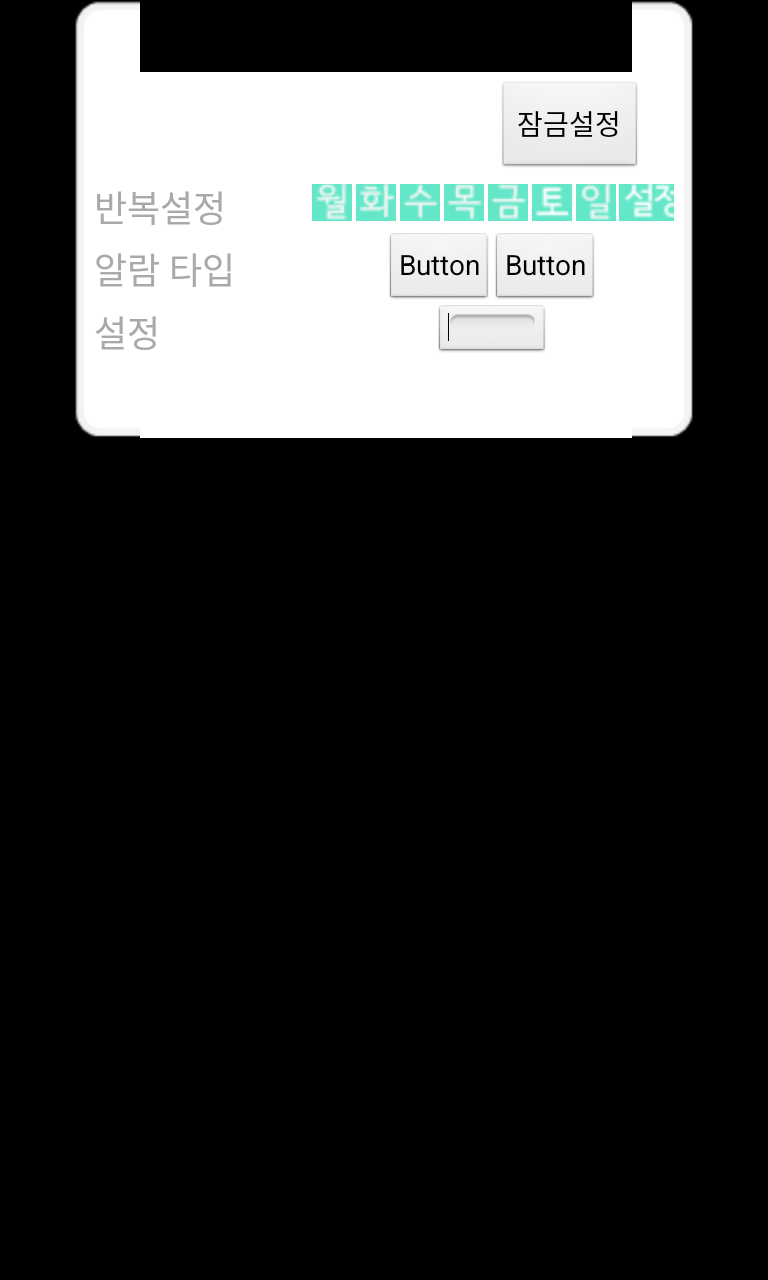
Repository: blacky512/smart_morning_call
Layout: client/SmartMorningCall/res/layout/randomcall_frag.xml
An editor plug-in stored every save of this project. The layout is shown before and after the next save, followed by the edit.
It is drawn on a 768 x 1280 px phone screen (xhdpi) without system bars, with theme android:Theme.NoTitleBar; the app's code is not run.

Above is the layout before, as saved 2013-02-24 09:22:26.

### client/SmartMorningCall/res/layout/randomcall_frag.xml
<RelativeLayout xmlns:android="http://schemas.android.com/apk/res/android"
    xmlns:tools="http://schemas.android.com/tools"
    android:layout_width="match_parent"
    android:layout_height="match_parent"
    tools:context=".RandomCallActivity" >

    <RelativeLayout
        android:id="@+id/RelativeLayout1"
        android:layout_width="wrap_content"
        android:layout_height="wrap_content"
        android:layout_weight="1" >

        <ImageView
            android:id="@+id/iv3"
            android:layout_width="40dp"
            android:layout_height="wrap_content"
            android:layout_centerVertical="true"
            android:layout_toRightOf="@+id/iv2"
            android:src="@drawable/tt" />

        <ImageView
            android:id="@+id/iv2"
            android:layout_width="40dp"
            android:layout_height="wrap_content"
            android:layout_centerVertical="true"
            android:layout_toRightOf="@+id/iv1"
            android:src="@drawable/num_" />

        <ImageView
            android:id="@+id/iv1"
            android:layout_width="40dp"
            android:layout_height="wrap_content"
            android:layout_alignParentLeft="true"
            android:layout_centerVertical="true"
            android:src="@drawable/num_" />

        <ImageView
            android:id="@+id/iv4"
            android:layout_width="40dp"
            android:layout_height="wrap_content"
            android:layout_centerVertical="true"
            android:layout_toRightOf="@+id/iv3"
            android:src="@drawable/num_" />

        <ImageView
            android:id="@+id/iv5"
            android:layout_width="40dp"
            android:layout_height="wrap_content"
            android:layout_centerVertical="true"
            android:layout_toRightOf="@+id/iv4"
            android:src="@drawable/num_" />

        <ImageView
            android:id="@+id/iv6"
            android:layout_width="wrap_content"
            android:layout_height="25dp"
            android:layout_alignLeft="@+id/iv5"
            android:layout_below="@+id/iv5"
            android:src="@drawable/num_" />
    </RelativeLayout>

    <LinearLayout
        android:id="@+id/linearLayout1"
        android:layout_width="310dp"
        android:layout_height="wrap_content"
        android:layout_centerHorizontal="true"
        android:background="@drawable/te"
        android:orientation="vertical"
        android:padding="10dp" >

        <RelativeLayout
            android:id="@+id/RelativeLayout1"
            android:layout_width="260dp"
            android:layout_height="50dp"
            android:layout_gravity="center_horizontal"
            android:layout_marginTop="30dp" >

            <Button
                android:id="@+id/button1"
                android:layout_width="wrap_content"
                android:layout_height="wrap_content"
                android:layout_alignParentRight="true"
                android:layout_alignParentTop="true"
                android:text="잠금설정" />
        </RelativeLayout>

        <RelativeLayout
            android:layout_width="match_parent"
            android:layout_height="wrap_content"
            android:layout_marginBottom="30dp" >

            <LinearLayout
                android:layout_width="match_parent"
                android:layout_height="wrap_content"
                android:layout_centerHorizontal="true"
                android:orientation="vertical"
                android:padding="0dp" >

                <LinearLayout
                    android:layout_width="match_parent"
                    android:layout_height="wrap_content" >

                    <TextView
                        android:id="@+id/textView2"
                        android:layout_width="0dp"
                        android:layout_height="wrap_content"
                        android:layout_gravity="center_vertical"
                        android:layout_weight="0.6"
                        android:text="반복설정"
                        android:textAppearance="?android:attr/textAppearanceMedium"
                        android:textColor="#a9a9a9" />

                    <RelativeLayout
                        android:id="@+id/RelativeLayout1"
                        android:layout_width="0dp"
                        android:layout_height="wrap_content"
                        android:layout_gravity="center_vertical"
                        android:layout_weight="1" >

                        <LinearLayout
                            android:layout_width="wrap_content"
                            android:layout_height="wrap_content"
                            android:layout_centerInParent="true" >

                            <ImageButton
                                android:id="@+id/btn_mon"
                                android:layout_width="22dp"
                                android:layout_height="22dp"
                                android:src="@drawable/mon" />

                            <ImageButton
                                android:id="@+id/btn_tue"
                                android:layout_width="22dp"
                                android:layout_height="22dp"
                                android:src="@drawable/tue"
                                android:visibility="visible" />

                            <ImageButton
                                android:id="@+id/btn_wed"
                                android:layout_width="22dp"
                                android:layout_height="22dp"
                                android:src="@drawable/wed" />

                            <ImageButton
                                android:id="@+id/btn_thu"
                                android:layout_width="22dp"
                                android:layout_height="22dp"
                                android:src="@drawable/thu" />

                            <ImageButton
                                android:id="@+id/btn_fri"
                                android:layout_width="22dp"
                                android:layout_height="22dp"
                                android:src="@drawable/fri" />

                            <ImageButton
                                android:id="@+id/btn_sat"
                                android:layout_width="22dp"
                                android:layout_height="22dp"
                                android:src="@drawable/sat" />

                            <ImageButton
                                android:id="@+id/btn_sun"
                                android:layout_width="22dp"
                                android:layout_height="22dp"
                                android:src="@drawable/sun" />

                            <ImageButton
                                android:id="@+id/btn_set"
                                android:layout_width="66dp"
                                android:layout_height="22dp"
                                android:src="@drawable/set" />
                        </LinearLayout>
                    </RelativeLayout>
                </LinearLayout>

                <LinearLayout
                    android:layout_width="match_parent"
                    android:layout_height="wrap_content" >

                    <TextView
                        android:id="@+id/textView4"
                        android:layout_width="0dp"
                        android:layout_height="wrap_content"
                        android:layout_gravity="center_vertical"
                        android:layout_weight="0.6"
                        android:text="알람 타입"
                        android:textAppearance="?android:attr/textAppearanceMedium"
                        android:textColor="#a9a9a9" />

                    <RelativeLayout
                        android:layout_width="0dp"
                        android:layout_height="wrap_content"
                        android:layout_weight="1.00"
                        android:gravity="center_horizontal" >

                        <LinearLayout
                            android:layout_width="wrap_content"
                            android:layout_height="wrap_content"
                            android:layout_centerInParent="true" >

                            <Button
                                android:id="@+id/button2"
                                style="?android:attr/buttonStyleSmall"
                                android:layout_width="wrap_content"
                                android:layout_height="wrap_content"
                                android:layout_gravity="center_horizontal"
                                android:text="Button" />

                            <Button
                                android:id="@+id/button3"
                                style="?android:attr/buttonStyleSmall"
                                android:layout_width="wrap_content"
                                android:layout_height="wrap_content"
                                android:layout_gravity="center_horizontal"
                                android:text="Button" />
                        </LinearLayout>
                    </RelativeLayout>
                </LinearLayout>

                <LinearLayout
                    android:layout_width="match_parent"
                    android:layout_height="wrap_content"
                    android:layout_margin="0dp" >

                    <TextView
                        android:id="@+id/textView5"
                        android:layout_width="0dp"
                        android:layout_height="wrap_content"
                        android:layout_gravity="center_vertical"
                        android:layout_weight="0.6"
                        android:text="설정"
                        android:textAppearance="?android:attr/textAppearanceMedium"
                        android:textColor="#a9a9a9" />

                    <RelativeLayout
                        android:layout_width="0dp"
                        android:layout_height="match_parent"
                        android:layout_weight="1" >

                        <RelativeLayout
                            android:id="@+id/RelativeLayout1"
                            android:layout_width="match_parent"
                            android:layout_height="match_parent"
                            android:layout_centerHorizontal="true"
                            android:layout_margin="0dp" >

                            <ToggleButton
                                android:id="@+id/onoff"
                                android:layout_width="wrap_content"
                                android:layout_height="wrap_content"
                                android:layout_centerHorizontal="true"
                                android:text="ToggleButton" />

                        </RelativeLayout>
                    </RelativeLayout>
                </LinearLayout>
            </LinearLayout>
        </RelativeLayout>
    </LinearLayout>

</RelativeLayout>

After the next save:
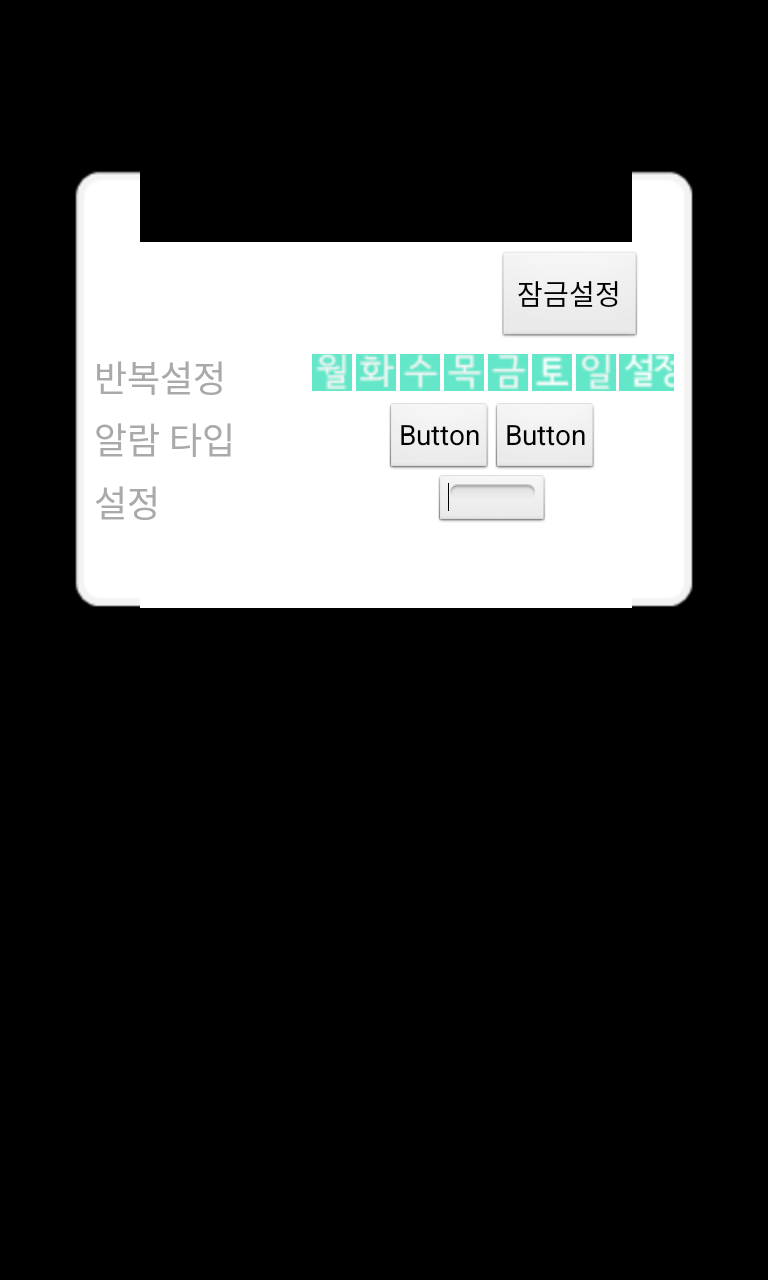
Saved 39 s later.
--- a/client/SmartMorningCall/res/layout/randomcall_frag.xml
+++ b/client/SmartMorningCall/res/layout/randomcall_frag.xml
@@ -5,7 +5,7 @@
     tools:context=".RandomCallActivity" >
 
     <RelativeLayout
-        android:id="@+id/RelativeLayout1"
+        android:id="@+id/top"
         android:layout_width="wrap_content"
         android:layout_height="wrap_content"
         android:layout_weight="1" >
@@ -66,7 +66,8 @@
         android:layout_centerHorizontal="true"
         android:background="@drawable/te"
         android:orientation="vertical"
-        android:padding="10dp" >
+        android:padding="10dp"
+        android:layout_below="@+id/top">
 
         <RelativeLayout
             android:id="@+id/RelativeLayout1"
